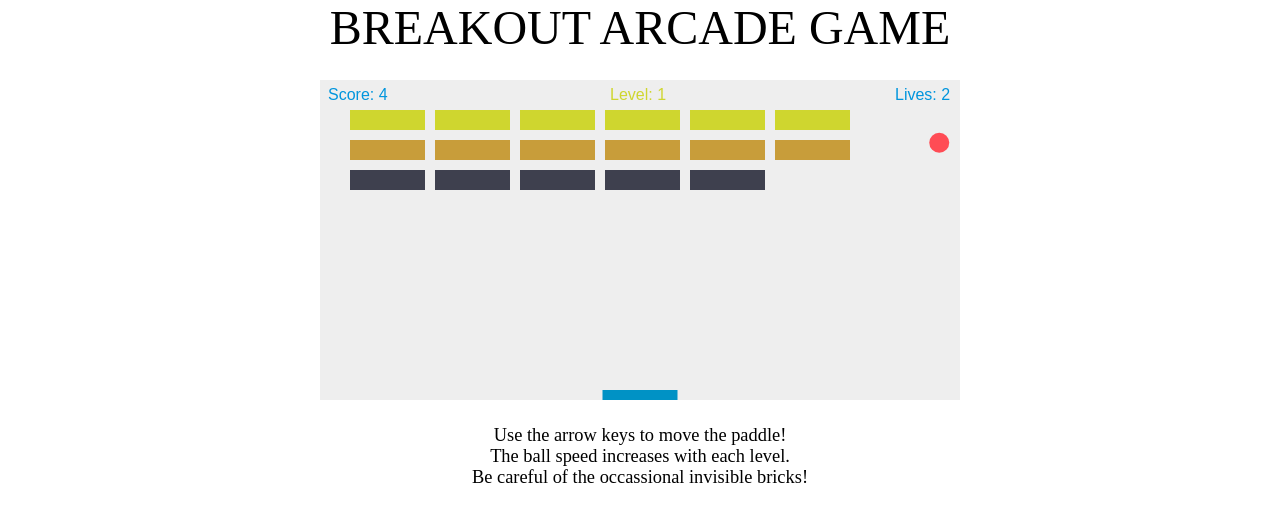
Repository: marxnebula/JavaScript_BreakoutGame
Page: breakout.html
The author's editor kept a record of every edit. The page is drawn from the files as they stood at one moment, then again after the next edit.
The browser window is 1280 px wide. The pictures show the whole page.

Above is the page before.

After the next edit:
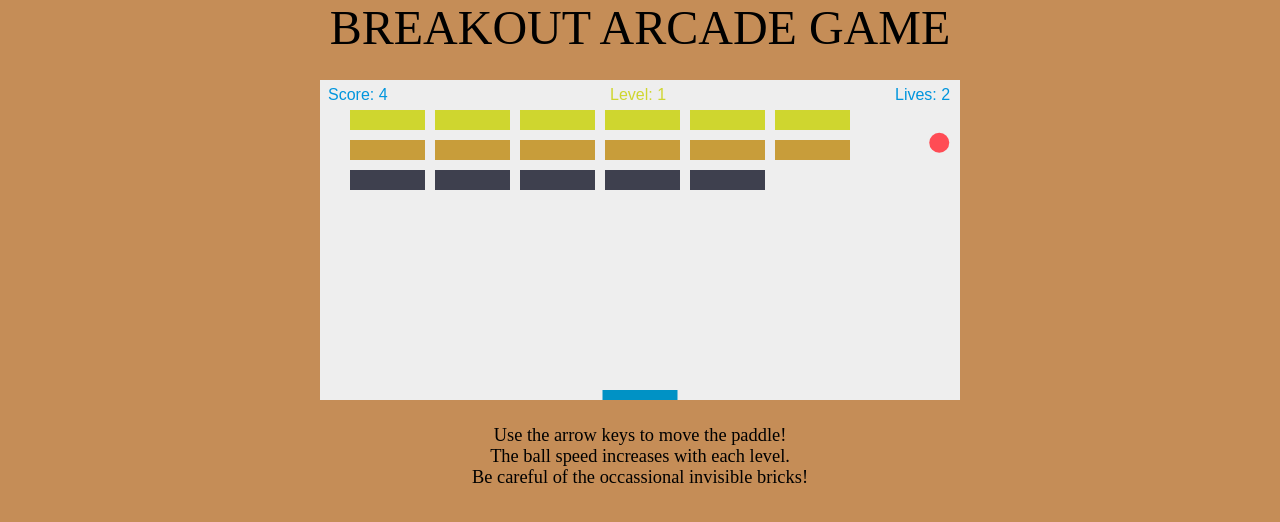
The edit:
--- a/style.css
+++ b/style.css
@@ -1,3 +1,7 @@
+html, body {
+    background-color: #C58D57;
+}
+
 #header {
     text-align: center;
     font-size: 300%;
